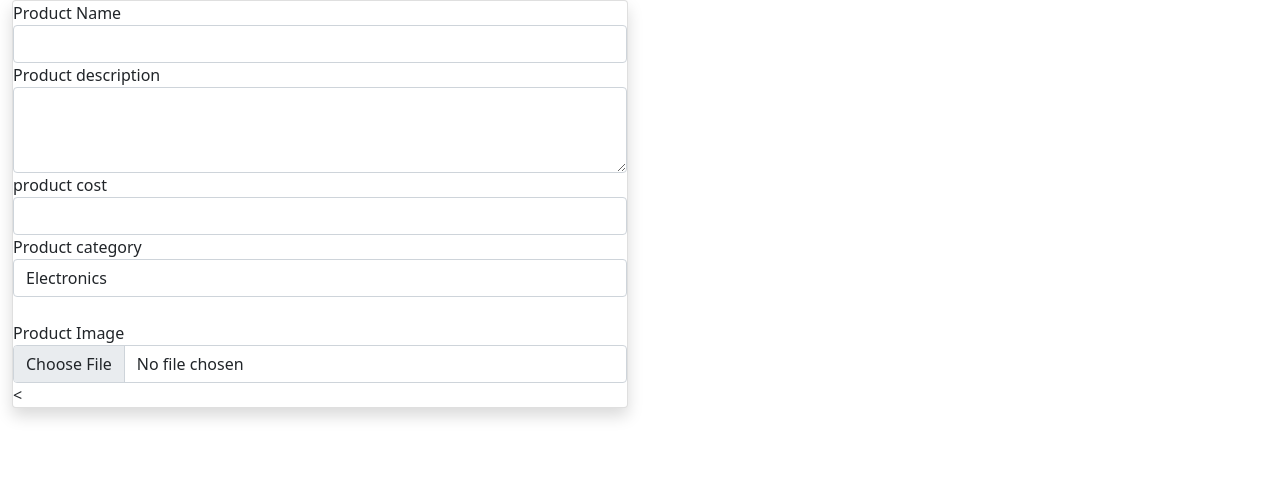
Repository: shanicenaliakanyongesa/Shanice
Page: http://localhost/upload
An editor plug-in stored every save of this project. The page is shown before and after a run of saves, followed by the edit.
The browser window is 1280 px wide. The pictures show the whole page.
The page is served by the project's application, run on Flask 3 (app.py).

Above is the page before, as saved 2024-02-16 15:04:08.

### Desktop/shaniceflask/templates/upload.html
<!DOCTYPE html>
<html lang="en">
<head>
    <meta charset="UTF-8">
    <meta name="viewport" content="width=device-width, initial-scale=1.0">
    <title>Upload</title>
    <link rel="stylesheet" href="../static/files/css/bootstrap.css">
</head>
<body>
    <div class="container-fluid">
        <section class="row">
            <div class="col-md-6">
                <div class="card shadow">
                    <label for="">Product Name</label>
                    <input type="text" name="product_name" id="" class="form-control" required >
                    <label for="">Product description</label>
                    <textarea name="product_desc" id="" cols="30" rows="3" class="form-control" required></textarea>
                    <label for="">product cost</label>
                    <input type="number" name="product_cost" id="" class="form-control" required>

                    <label for="">Product category</label>
                    <select name="product_category" id="" class="form-control">
                        <option value="Electronics">Electronics</option>
                        <option value="Clothes">Clothes</option>
                        <option value="utensils">utensils</option>
                        <option value="smartphones">Smartphones</option>
                        <option value="others">others</option>
                    </select>
                    <br>
                    <label for="">Product Image</label>
                    <input type="file" name="product_image_name" id="" class="form-control" required>
                    <




                </div>

            </div>

        </section>

    </div>


 </div>
</div>
</body>
</html>

### Desktop/shaniceflask/app.py
from flask import *
import pymysql
app=Flask(__name__)
@app.route('/hello')
def hello():
    return 'hello sokogarden'
@app.route('/about')
def about():
    return 'sokogarden'

@app.route('/home')
def home():
     return render_template ('home.html')
@app.route('/upload', methods=['POST','GET'])
def upload():
    if request.method=='POST':
        product_name=request.form['product_name']
        product_desc=request.form['product_desc']
        product_cost=request.form['product_cost']
        product_category=request.form['product_category']
        product_image_name=request.files['product_image_name']
        product_image_name.save('static/images/' + product_image_name.filename)
     #connecting our database
        connection=pymysql.connect(
        host='localhost', user='root',password='', database='sokogarden'
        )
        cursor=connection.cursor()
        data=(product_name,product_desc,product_cost,product_category,product_image_name.filename)
        sql="insert into products(product_name,product_desc,product_cost,product_category,product_image_name)values(%s,%s,%s,%s,%s)"
        try:
            cursor.execute(sql,data)
            connection.commit()
            return render_template('upload.html', message='Product Added Succesfully')
        except:
            connection.rollback()
            return render_template('upload.html', message='Failed, Try Again Later')
    else:
        return render_template('upload.html', message='Please Add Product Details')




if (__name__) == ('__main__'):
   app.run(debug=True)

Loaded but not shown: Desktop/shaniceflask/static/files/css/bootstrap.css (library)

After the next 2 saves:
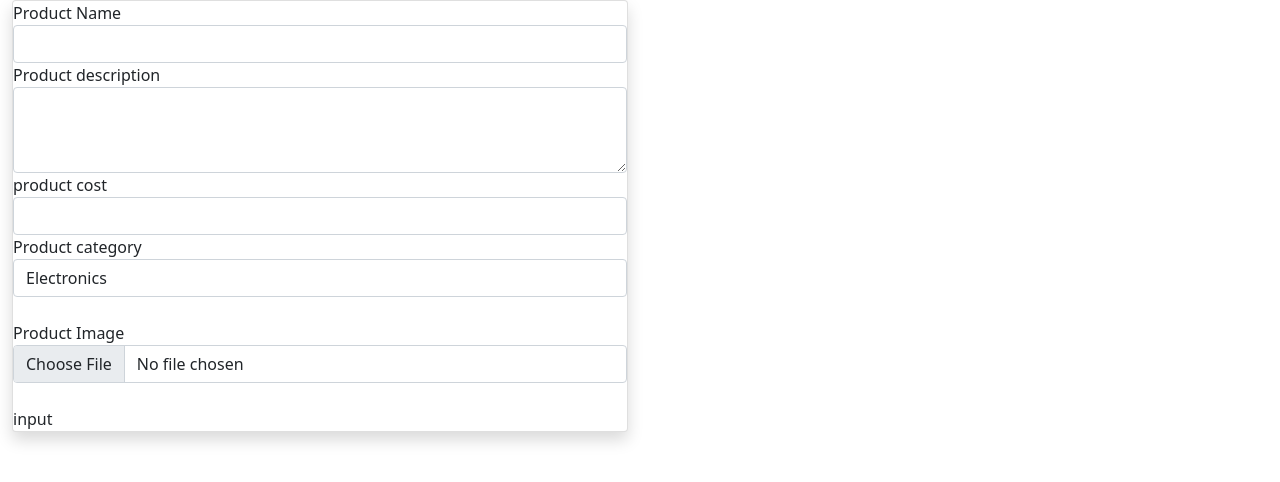
The 2 saves are shown as one change because they came seconds apart.
The last was saved 7 s later.
--- a/Desktop/shaniceflask/templates/upload.html
+++ b/Desktop/shaniceflask/templates/upload.html
@@ -29,7 +29,8 @@
                     <br>
                     <label for="">Product Image</label>
                     <input type="file" name="product_image_name" id="" class="form-control" required>
-                    <
+                    <br>
+                    input
 
 
 
